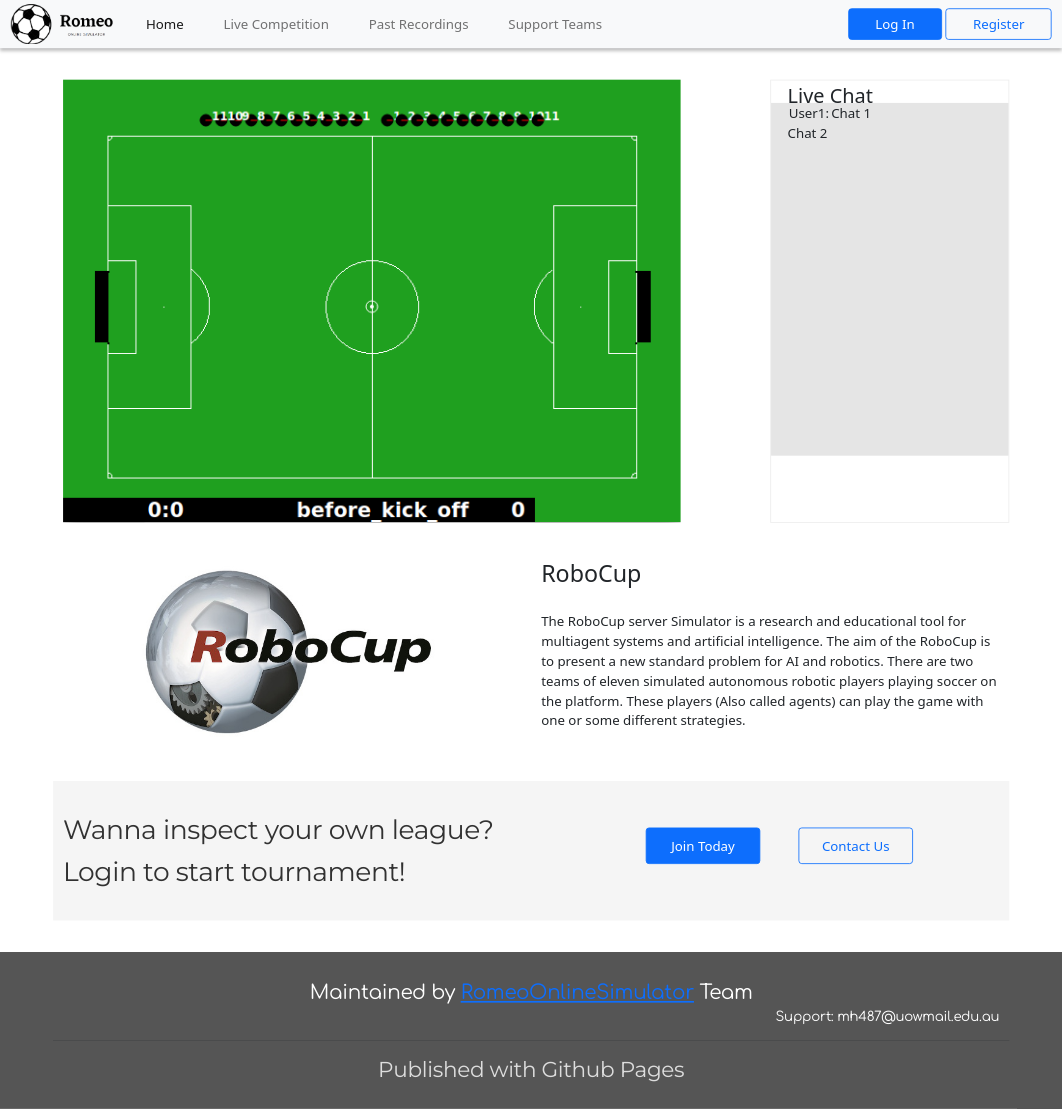
Repository: romeoonlinesim/romeoonlinesim.github.io
Page: competition.html
An editor plug-in stored every save of this project. The page is shown before and after the next save, followed by the edit.
The browser window is 1280 px wide. The pictures show the whole page, at 83% of full size.

Above is the page before, as saved 2021-05-19 21:29:28.

### competition.html
<!DOCTYPE html PUBLIC "-//W3C//DTD XHTML 1.0 Strict//EN"
"http://www.w3.org/TR/xhtml1/DTD/xhtml1-strict.dtd">
<html xmlns="http://www.w3.org/1999/xhtml">
<head>
<title>Robocup</title>
    <meta http-equiv="content-type" content="text/html; charset=iso-8859-1" />
    <link href="https://cdn.jsdelivr.net/npm/bootstrap@5.0.1/dist/css/bootstrap.min.css" rel="stylesheet" integrity="sha384-+0n0xVW2eSR5OomGNYDnhzAbDsOXxcvSN1TPprVMTNDbiYZCxYbOOl7+AMvyTG2x" crossorigin="anonymous">
    <link rel="stylesheet"
          href="https://fonts.googleapis.com/css?family=Montserrat">

    <link rel="stylesheet"
          href="https://fonts.googleapis.com/css?family=Comfortaa">


    <style>
        .navbar {
            padding-left:1%;
            padding-right:1%;
            padding-top: 0%;
            padding-bottom:0%;
            box-shadow: 0px 4px 4px rgba(0, 0, 0, 0.25);
        }

        .navbar-nav > li{
            padding-left:16px;
            padding-right:16px;
        }

        .navbar-right > a {
            padding-left:32px;
            padding-right:32px;
        }

        .background-img {
            width: 100%;
            height: auto;
        }

        #logo {
            max-height: 3rem;
            width:auto;
        }


        .text {
            align-items: center;
            display:grid;
            grid-row-gap: 0%;
        }

        /*h3 {
            font-weight: bold;
        }*/

        .para {
            font-family: Montserrat;
            font-style: normal;
            font-weight: normal;
            font-size: 32px;
            line-height: 50px;
            margin-bottom: 0%;
            /* or 139% */

            letter-spacing: -0.015em;

            color: rgba(0, 0, 0, 0.8);
        }

        .row {
            padding-bottom: 3%;
        }

        .no-padding {
            padding-bottom: 1%;
        }

        .footer {
            background: #555555;
            max-height: min-content;
        }

        .support-text {

            font-family: Comfortaa;
            font-style: normal;
            font-weight: normal;
            font-size: 24px;
            line-height: 32px;

            align-items: center;
            text-align: center;
            letter-spacing: -0.015em;

            color: #FFFFFF;
            padding-bottom: 0%;
            margin-bottom: 0%;
        }

        .support-email {
            font-family: Comfortaa;
            font-style: normal;
            font-weight: normal;
            font-size: 16px;
            align-items: center;
            text-align: right;
            letter-spacing: -0.015em;

            color: #FFFFFF;
        }

        .github-text {
            font-family: Montserrat;
            font-style: normal;
            font-weight: normal;
            font-size: 26px;

            text-align: center;
            letter-spacing: -0.015em;

            color: rgba(255, 255, 255, 0.8);
        }


        .right {
            text-align: right;
            float: right;
        }

        .grey {
            background: #F5F5F5;
        }

        .container-fluid {
            max-width: 90%;
            margin-top: 3%;
        }

        .watermark {
            position: absolute;

            right: 1%;
            top: 10%;

            font-family: Montserrat;
            font-style: italic;
            font-weight: bold;
            font-size: 56px;
            line-height: 80px;
            /* identical to box height, or 143% */

            text-align: center;
            letter-spacing: -0.015em;
        }

        .chat-box {
            border: 1px solid #e5e5e5ad;
        }

        .chat-header {
            text-indent: 3%;
            height: 5%;
        }

        .chat {
            background: #E5E5E5;
            height: 80%;
            text-indent: 3%;
            display: block;
        }
    </style>
</head>

<body>
    <div class="navbar navbar-expand-lg navbar-light bg-light">
        <a href="#default" class = "navbar-brand">
            <img id="logo" src="img/logo-romeo-header.png">
        </a>
        <div class="collapse navbar-collapse" id="navbarSupportedContent">
            <ul class="navbar-nav mr-auto">
                <li class="nav-item">
                    <a class="nav-link active" href="index.html">Home</a>
                </li>
                <li class="nav-item">
                    <a class="nav-link" href="#livecompetition">Live Competition</a>
                </li>
                <li class="nav-item">
                    <a class="nav-link" href="#recording">Past Recordings</a>
                </li>
                <li class="nav-item">
                    <a class="nav-link" href="teams.html">Support Teams</a>
                </li>
            </ul>
        </div>
        <div class="navbar-right">
            <a href="login.html" class="btn btn-primary">Log In</a>
            <a href="register.html" class="btn btn-outline-primary">Register</a>
        </div>
    </div>

    <div class="container-fluid">
        <div class="row">
            <div class="col-lg-8">
                <img class="background-img" src="img/field-picture.png">
            </div>
            <div class="col-lg-1"></div>
            <div class="col-lg-3 chat-box">
                <div class="row chat-header">
                    <h4 class="pt-1">Live Chat</h4>
                </div>
                <div class="row chat">
                    <div>
                        <label>User1:</label>
                        Chat 1
                    </div>

                    <p>Chat 2</p>
                </div>
            </div>
        </div>
        <div class="row">
            <img class="img col-lg-6" src="img/robocup-1.png">
            <div class="text col-lg-6 ">
                <h3 class="grid-item">RoboCup</h3>
                <p class="grid-item">The RoboCup server Simulator is a research and educational tool for multiagent systems and artificial intelligence. The aim of the RoboCup is to present a new standard problem for AI and robotics. There are two teams of eleven simulated autonomous robotic players playing soccer on the platform. These players (Also called agents) can play the game with one or some different strategies. </p>
            </div>
        </div>
        <div class="row grey">
            <div class="row"></div>
            <div class="col-lg-6" id = "col-lg-6-left">
                <p class="para">Wanna inspect your own league?</p>
                <p class="para">Login to start tournament!</p>
            </div>

            <div class="col-lg-6 row">
                <!--a href="#Contact" class="btn btn-outline-primary" role="button">Contact Us</a>
                <a href="#Join" class="btn btn-primary" role="button">Join Today</a-->
                <div class="row"></div>
                <div class="col-lg-3"></div>
                <button type="button" class="btn btn-primary col-lg-3">Join Today</button>
                <div class="col-lg-1"></div>
                <button type="button" class="btn btn-outline-primary col-lg-3">Contact Us</button>
            </div>
        </div>
    </div>

    <div class="footer">
        <div class="container-fluid">
            <div class="row"></div>
            <div class="no-padding row">
                <p class="support-text">Maintained by <a href="#">RomeoOnlineSimulator</a> Team</p>
                <p class="support-email ml-auto">Support: mh487@uowmail.edu.au </p>
                <hr>
                <p class="github-text">Published with Github Pages</p>
            </div>
        </div>
    </div>
</body>
</html>

After the next save:
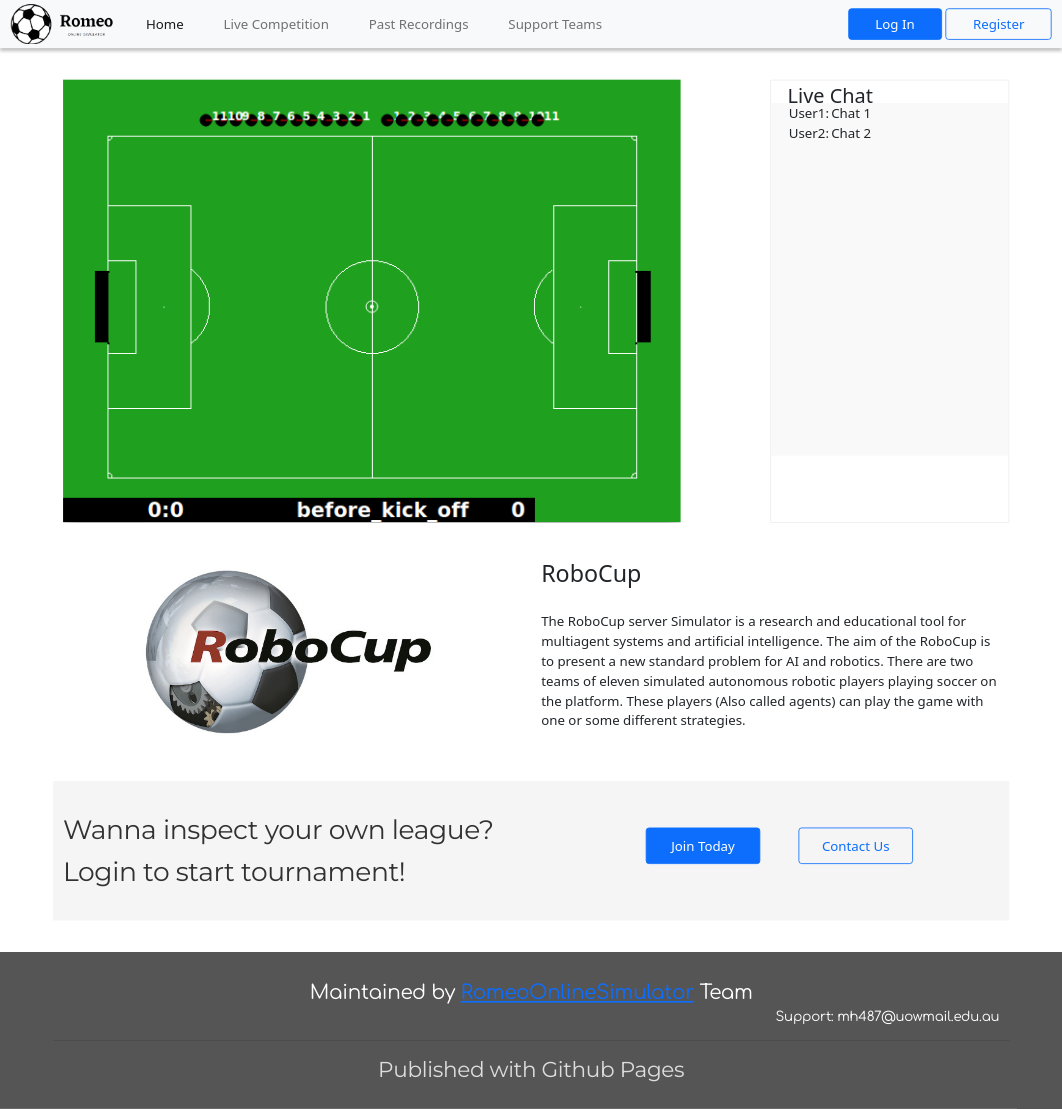
Saved 24 s later.
--- a/competition.html
+++ b/competition.html
@@ -162,7 +162,7 @@
         }
 
         .chat {
-            background: #E5E5E5;
+            background: #faf9f9;
             height: 80%;
             text-indent: 3%;
             display: block;
@@ -212,8 +212,10 @@
                         <label>User1:</label>
                         Chat 1
                     </div>
-
-                    <p>Chat 2</p>
+                    <div>
+                        <label>User2:</label>
+                        Chat 2
+                    </div>
                 </div>
             </div>
         </div>
